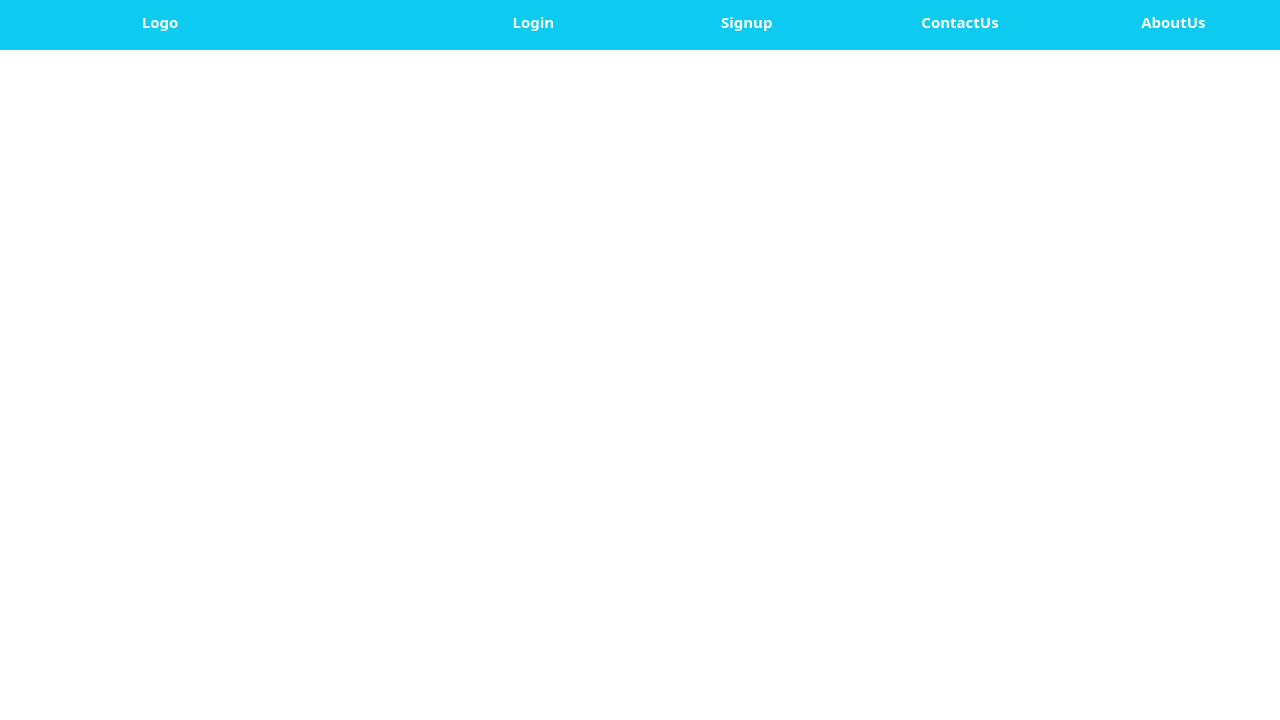
Repository: vishalsin888/J2EE-
Page: http://localhost/JSPE2E/header.jsp
An editor plug-in stored every save of this project. The page is shown before and after the next save, followed by the edit.
The browser window is 1280 px wide. The pictures show the whole page.
The page is served by Tomcat 9.

Above is the page before, as saved 2022-10-28 10:30:04.

### JSPE2E/src/main/webapp/header.jsp
<!DOCTYPE html>
<html lang="en">

<head>
    <meta charset="UTF-8">
    <meta http-equiv="X-UA-Compatible" content="IE=edge">
    <meta name="viewport" content="width=device-width, initial-scale=1.0">
    <title>Document</title>
    <link href="https://cdn.jsdelivr.net/npm/bootstrap@5.2.2/dist/css/bootstrap.min.css" rel="stylesheet">
    <style>
        .my-lineheight{
            line-height: 3;
            color: white;
            font-size: 15px;
            font-weight: 700;
        }
    </style>
</head>

<body>
    <div class="container-fluid bg-info">
        <div class="row" style="height:50px;position: sticky;top: 0px;">
            <div class="col-3 text-center my-lineheight">Logo</div>
            <div class="col-1"></div>
            <div class="col-2 text-center my-lineheight">Login</div>
            <div class="col-2 text-center my-lineheight">Signup</div>
            <div class="col-2 text-center my-lineheight">ContactUs</div>
            <div class="col-2 text-center my-lineheight">AboutUs</div>
        </div>

    </div>


    <script src="https://cdn.jsdelivr.net/npm/bootstrap@5.2.2/dist/js/bootstrap.bundle.min.js"></script>
</body>

</html>

After the next save:
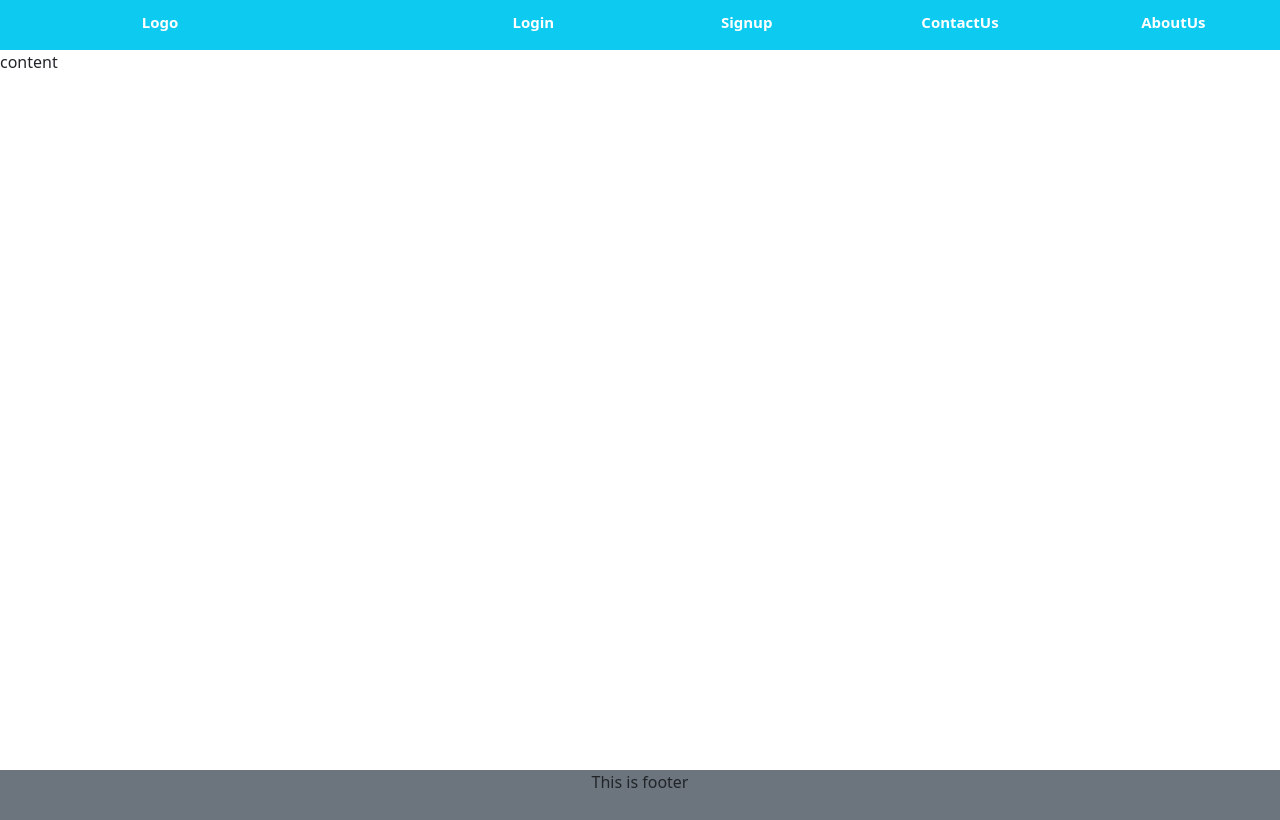
Saved 6 min 21 s later.
--- a/JSPE2E/src/main/webapp/header.jsp
+++ b/JSPE2E/src/main/webapp/header.jsp
@@ -18,8 +18,8 @@
 </head>
 
 <body>
-    <div class="container-fluid bg-info">
-        <div class="row" style="height:50px;position: sticky;top: 0px;">
+    <div class="container-fluid bg-info" style="position: sticky;top: 0px;">
+        <div class="row" style="height:50px;">
             <div class="col-3 text-center my-lineheight">Logo</div>
             <div class="col-1"></div>
             <div class="col-2 text-center my-lineheight">Login</div>
@@ -27,7 +27,18 @@
             <div class="col-2 text-center my-lineheight">ContactUs</div>
             <div class="col-2 text-center my-lineheight">AboutUs</div>
         </div>
+    </div>
 
+    <div class="container-fluid">
+        <div class="row" style="height:100vh;">
+            content
+        </div>
+    </div>
+
+    <div class="container-fluid bg-secondary">
+        <div class="row" style="height:50px">
+            <div class="col-12 text-center">This is footer</div>
+        </div>
     </div>
 
 
